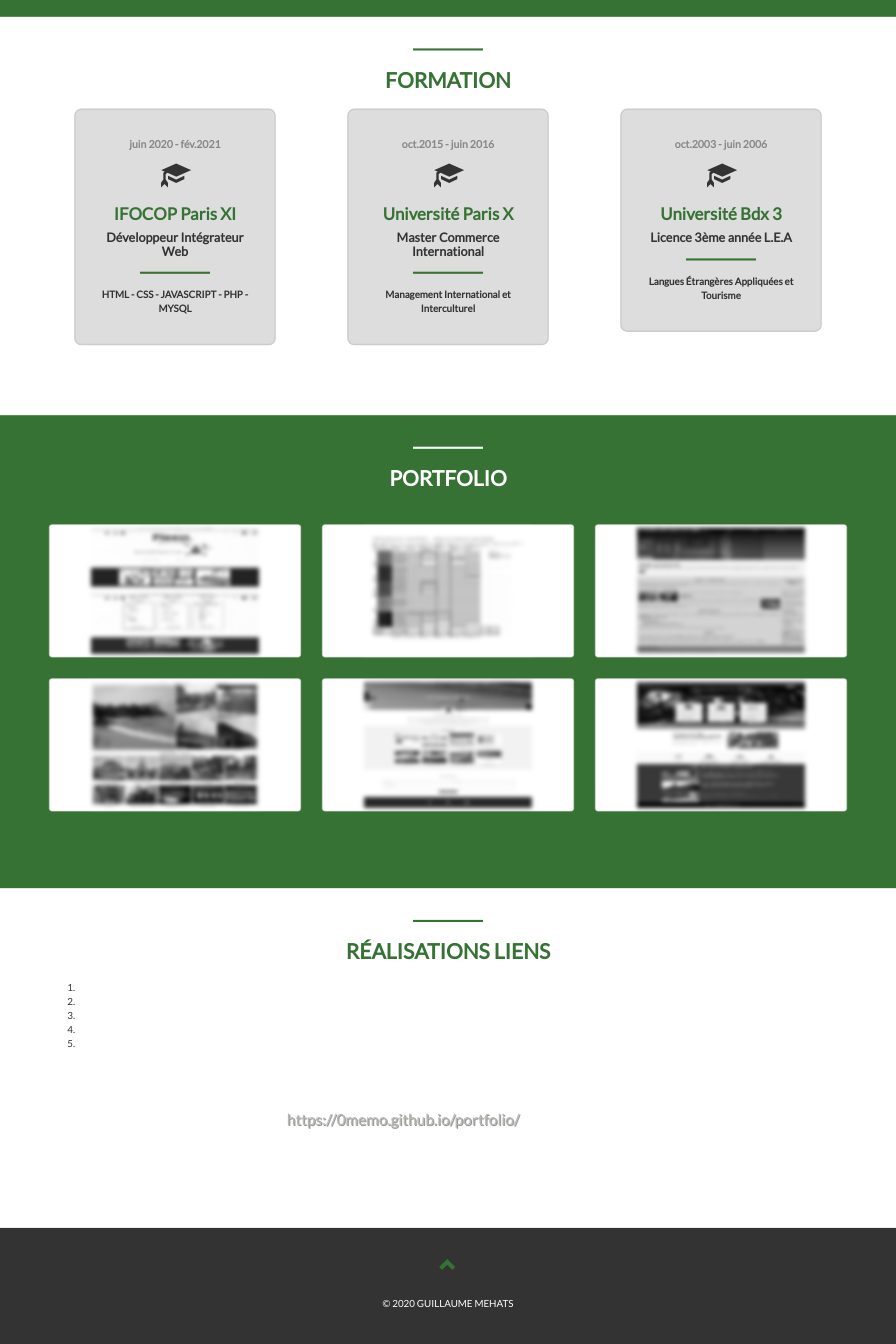
Repository: 0Memo/mon-cv
Page: index.html
The author's editor kept a copy of each file at every save. The page is drawn from the files as they stood at one save, then again after the next save.
The browser window is 1280 px wide. The pictures show the part of the page from y = 3523 to 5443 px (the page is 5443 px tall), at 70% of full size.

Above is the page before, as saved 2020-12-29 16:09:12.

After the next save:
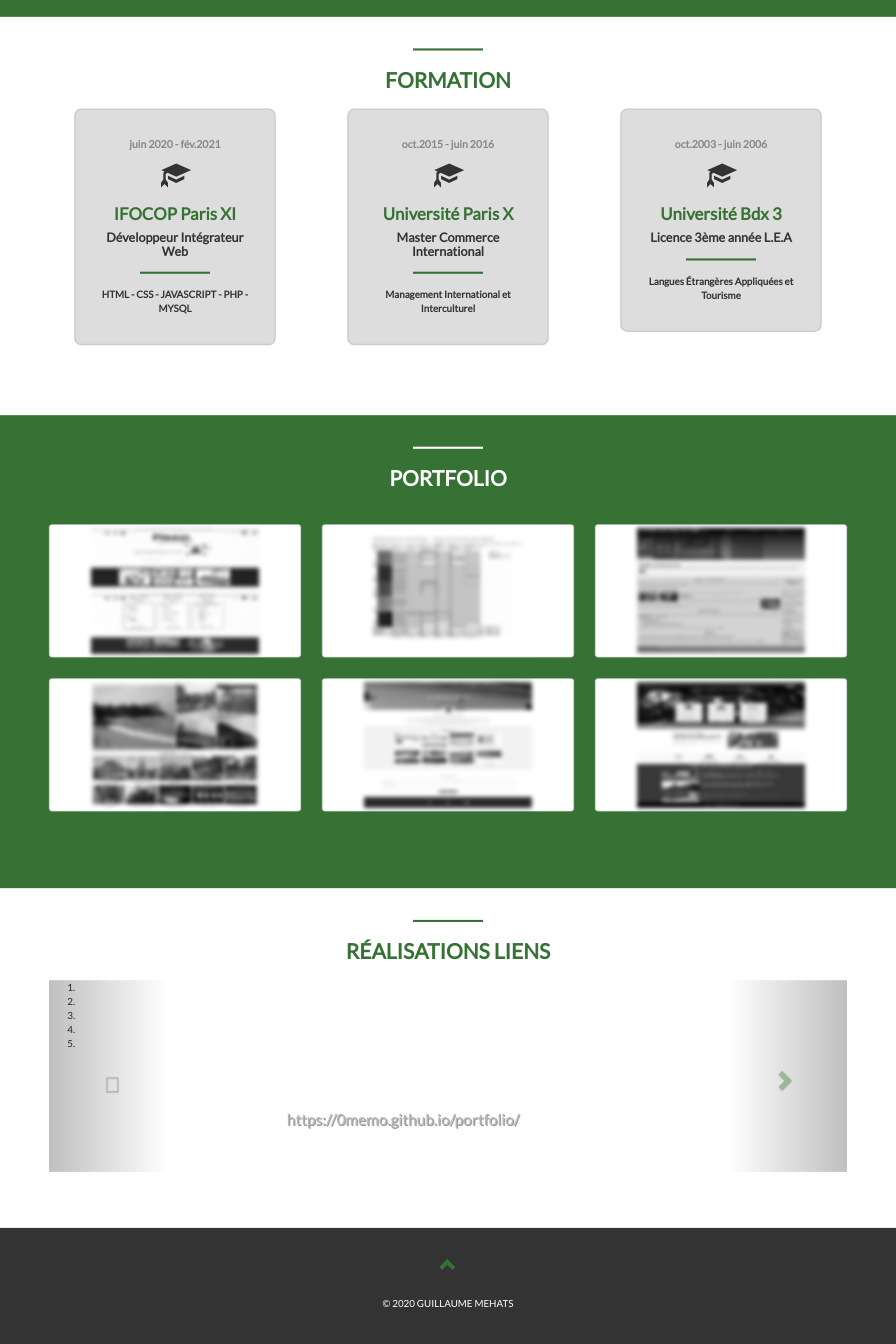
Saved 3 min 25 s later.
--- a/index.html
+++ b/index.html
@@ -300,6 +300,12 @@
                             <h3></h3>
                         </div>
                     </div>
+                    <a class="left carousel-control" href="#myCarousel" data-slide="prev" role="button">
+                        <span class="gyplhicon glyphicon-chevron-left"></span>
+                    </a>
+                    <a class="right carousel-control" href="#myCarousel" data-slide="next" role="button">
+                        <span class="glyphicon glyphicon-chevron-right"></span>
+                    </a>
                 </div>
             </div>
         </section>
